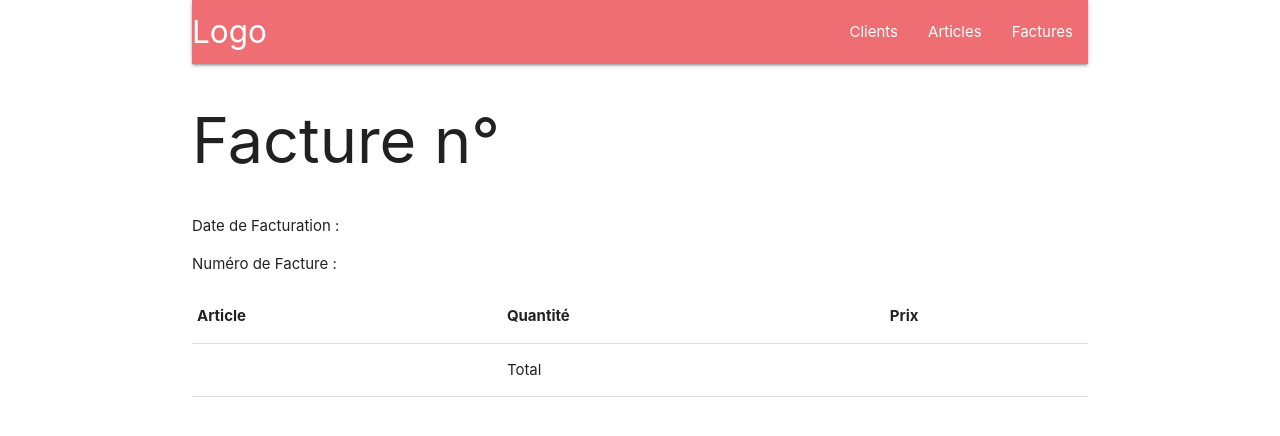
Repository: AqVScipio/JEE_Eval
Page: http://localhost/Eval_JEE/WEB-INF/webpages/factureDetail.jsp
These files come from the project's save history. The page is drawn as it stood at one moment and after the next save; the edit follows.
The browser window is 1280 px wide. The pictures show the whole page.
The page is served by Tomcat 9. Nobody is signed in. The template is opened directly, without the code that normally fills it, so the values that code supplies are empty.

Above is the page before, as saved 2021-02-03 20:03:59.

After the next save:
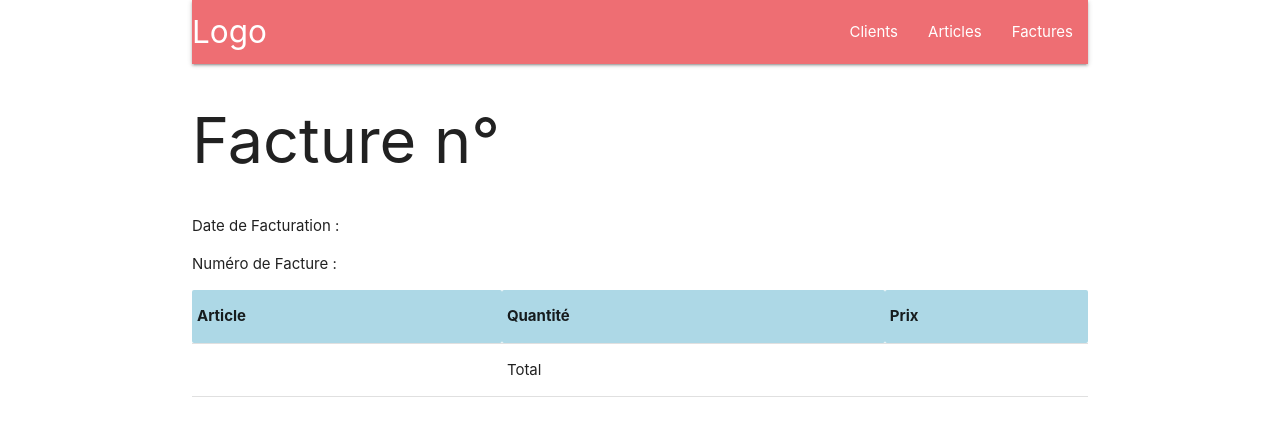
Saved 20 s later.
--- a/Eval/Eval_JEE/src/main/webapp/WEB-INF/webpages/factureDetail.jsp
+++ b/Eval/Eval_JEE/src/main/webapp/WEB-INF/webpages/factureDetail.jsp
@@ -28,7 +28,7 @@
   	</div>
 
   	<table>
-        <tr style="font-weight:bold;">
+        <tr style="font-weight:bold; background-color:lightblue;">
             <th scope="col">Article</th>
             <th scope="col">Quantité</th>
             <th scope="col">Prix</th>
